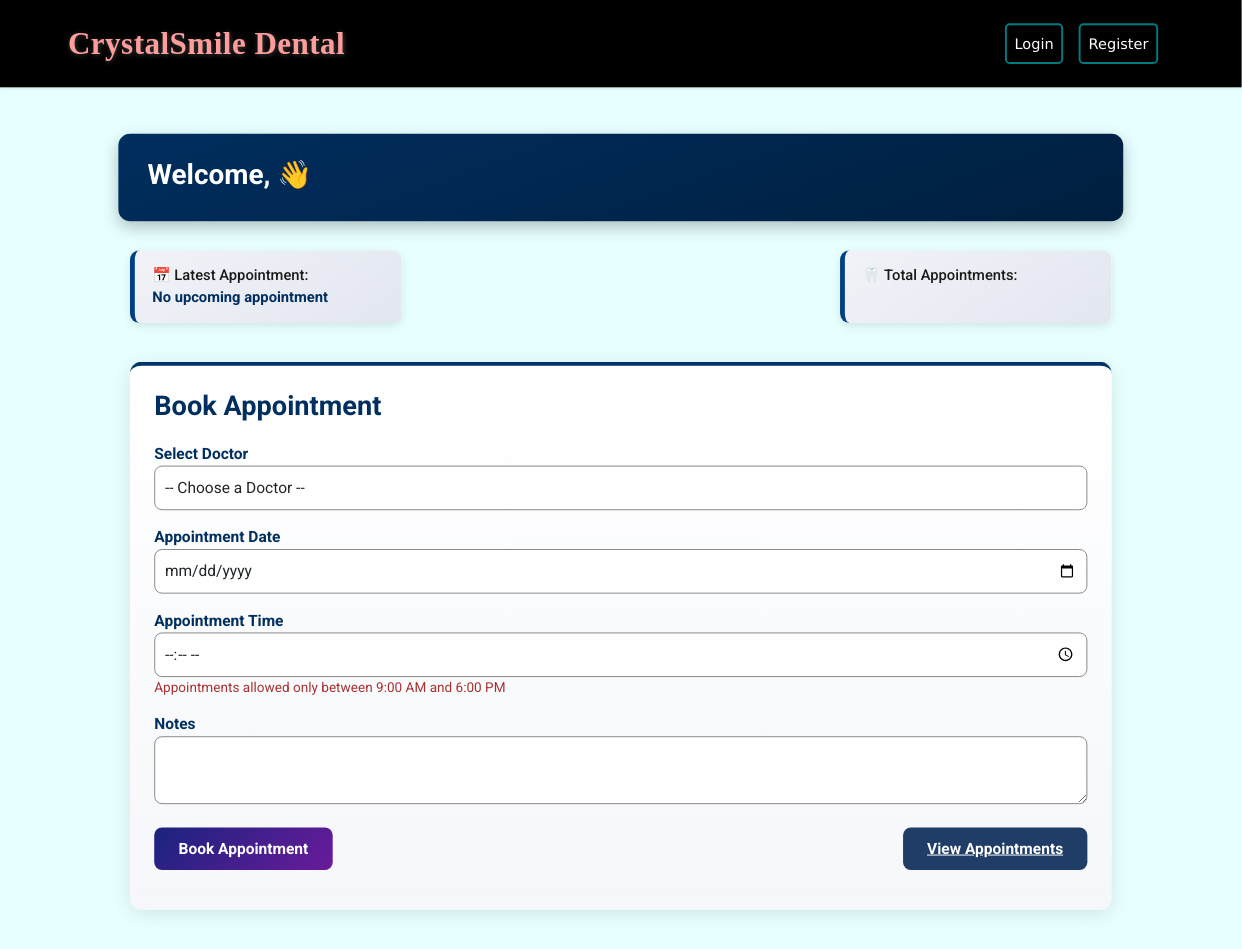
Repository: ashrayasjp/dentalclinicms
Page: dental_clinic_fyp/appointments/templates/appointments/dashboard_patient.html
These files come from the project's save history. The page is drawn as it stood at one moment and after the next save; the edit follows.
The browser window is 1280 px wide. The pictures show the whole page, at 97% of full size.
Some web fonts or font styles are not loaded; a fallback is used. The template is drawn by Django 5.2. The application's start-up code is not run. Other server files are loaded and not shown. The template is opened directly, without the code that normally fills it, so the values that code supplies are empty.

Above is the page before, as saved 2025-11-04 17:24:56.

### dental_clinic_fyp/appointments/templates/appointments/dashboard_patient.html
{% extends "users/base.html" %}
{% load static %}
{% block title %}Patient Dashboard{% endblock %}

{% block content %}
<style>
/* Dashboard layout */
.dashboard-container { display: flex; gap: 25px; margin: 40px; flex-wrap: wrap; }
.dashboard-header {
  margin: 30px 40px;
  background: linear-gradient(160deg, #002e5e 0%, #001f3f 100%);
  color: white;
  padding: 25px 30px;
  border-radius: 12px;
  text-shadow: #3B054D;
  box-shadow: 0 6px 16px rgba(0,0,0,0.25);
}
.dashboard-header h2 { margin: 0; font-weight: 700; font-size: 1.8rem; }
.dashboard-header p { margin: 5px 0 0; font-size: 1rem; opacity: 0.85; }

/* Quick Stats */
.quick-stats { display: flex; justify-content: space-between; gap: 20px; margin: 15px 40px; flex-wrap: wrap; }
.quick-card { flex: 1; min-width: 220px; max-width: 280px; border-left: 5px solid #004080; padding: 15px 18px; border-radius: 10px; background: linear-gradient(145deg, #f1f3f8, #e2e6ef); box-shadow: 0 3px 10px rgba(0,0,0,0.1); font-size: 0.95rem; font-weight: 500; color: #1a1a1a; transition: all 0.25s ease; }
.quick-card strong { color: #002f5f; font-weight: 600; }

/* Main Dashboard Cards */
.dashboard-card { flex: 1; min-width: 340px; background: linear-gradient(180deg, #ffffff 0%, #f5f7fa 100%); padding: 25px; border-radius: 12px; box-shadow: 0 4px 20px rgba(0,0,0,0.1); border-top: 4px solid #003366; }
.form-control { border-radius: 8px; border: 1px solid #888; padding: 10px; }
.form-control:focus { border-color: #0056b3; box-shadow: 0 0 6px rgba(0,86,179,0.25); }
.btn-blue { background: linear-gradient(135deg, #1a237e, #6a1b9a); color: white; border: none; padding: 10px 25px; border-radius: 8px; font-weight: 600; cursor: pointer; }
.btn-blue:hover { background: linear-gradient(135deg, #0d145f, #4b0f6b); }

/* Doctor details tab */
#doctor-details { display: none; border:1px solid #ccc; border-radius:12px; padding:15px; margin-top:20px; }
#doctor-details img { width:100px; height:100px; border-radius:50%; object-fit:cover; margin-bottom:10px; }
</style>

<div class="dashboard-header">
  <h2>Welcome, {{ request.user.username }} 👋</h2>
  <p>{{ now|date:"l, F j, Y" }}</p>
</div>
<div class="container mt-4">

  {% if messages %}
  {% for message in messages %}
    <div class="alert
      {% if message.tags %}alert-{{ message.tags }}{% else %}alert-info{% endif %}
      alert-dismissible fade show" role="alert">
      {{ message }}
      <button type="button" class="btn-close" data-bs-dismiss="alert" aria-label="Close"></button>
    </div>
    {% endfor %}
    {% endif %}
<div class="quick-stats">
  <div class="quick-card">
    📅 Latest Appointment:<br>
    {% if next_appointment %}
      <strong>{{ next_appointment.date|date:"l, F j, Y" }}</strong><br>
      <strong>{{ next_appointment.doctor.user.username }}</strong>
      {% if next_appointment.status|lower in "canceled cancelled" %}
        <span style="color:#a83232;font-weight:600;">(Cancelled)</span>
      {% endif %}
    {% else %}
      <strong>No upcoming appointment</strong>
    {% endif %}
  </div>

  <div class="quick-card">
    🦷 Total Appointments: <strong>{{ total_appointments }}</strong>
  </div>
</div>

<div class="dashboard-container">
  <div class="dashboard-card">
    {% if messages %}
      {% for message in messages %}
        <div class="alert {{ message.tags }}">{{ message }}</div>
      {% endfor %}
    {% endif %}

    <h3 style="color:#002f5f;font-weight:700;margin-bottom:20px;">Book Appointment</h3>

    <form method="post" action="{% url 'appointments:create_appointment' %}">
      {% csrf_token %}

      <!-- Doctor Dropdown -->
      <div class="mb-3">
        <label style="font-weight:600;color:#002f5f;">Select Doctor</label>
        <select class="form-control" id="doctor-select" required>
          <option value="">-- Choose a Doctor --</option>
          {% for doctor in doctors %}
            <option value="{{ doctor.id }}">{{ doctor.full_name }}</option>
          {% endfor %}
        </select>
        <input type="hidden" name="doctor" id="selected-doctor">
      </div>

      <!-- Doctor Details -->
      <div id="doctor-details">
        <img id="doc-profile" src="" alt="Profile Picture">
        <h4 id="doc-name"></h4>
        <p><strong>Degree:</strong> <span id="doc-degree"></span></p>
        <p><strong>Specialization:</strong> <span id="doc-specialization"></span></p>
        <p><strong>Experience:</strong> <span id="doc-experience"></span> years</p>
        <p><strong>Bio:</strong> <span id="doc-bio"></span></p>
      </div>

      <!-- Appointment Date & Time -->
      <div class="mb-3">
        <label style="font-weight:600;color:#002f5f;">Appointment Date</label>
        <input type="date" name="date" class="form-control" required id="appointment-date">
      </div>
      <div class="mb-3">
        <label style="font-weight:600;color:#002f5f;">Appointment Time</label>
        <input type="time" name="time" class="form-control" required min="09:00" max="18:00" id="appointment-time">
        <small style="color:#a83232;">Appointments allowed only between 9:00 AM and 6:00 PM</small>
      </div>

      <div class="mb-3">
        <label style="font-weight:600;color:#002f5f;">Notes</label>
        <textarea name="notes" class="form-control" rows="2"></textarea>
      </div>

      <div class="d-flex justify-content-between mt-4">
        <button type="submit" class="btn-blue">Book Appointment</button>
        <a href="{% url 'appointments:appointment_list' %}" class="btn-blue" style="background:#1f3d66;">View Appointments</a>
      </div>
    </form>
  </div>
</div>

<script>
  const doctorsData = {
    {% for doctor in doctors %}
      {{ doctor.id }}: {
        full_name: "{{ doctor.full_name|escapejs }}",
        degree: "{{ doctor.degree|default:'N/A'|escapejs }}",
        specialization: "{{ doctor.specialization|default:'N/A'|escapejs }}",
        experience_years: "{{ doctor.experience_years|default:'0' }}",
        bio: "{{ doctor.bio|default:'N/A'|escapejs }}",
        profile_picture: "{{ doctor.profile_picture|default:'/static/images/default_profile.png' }}"
      }{% if not forloop.last %},{% endif %}
    {% endfor %}
  };

  const select = document.getElementById('doctor-select');
  select.addEventListener('change', function() {
    const docId = this.value;
    const detailsTab = document.getElementById('doctor-details');

    if (!docId) {
      detailsTab.style.display = 'none';
      document.getElementById('selected-doctor').value = '';
      return;
    }

    const doc = doctorsData[docId];
    document.getElementById('selected-doctor').value = docId;
    document.getElementById('doc-name').textContent = doc.full_name;
    document.getElementById('doc-degree').textContent = doc.degree;
    document.getElementById('doc-specialization').textContent = doc.specialization;
    document.getElementById('doc-experience').textContent = doc.experience_years;
    document.getElementById('doc-bio').textContent = doc.bio;
    document.getElementById('doc-profile').src = doc.profile_picture;

    detailsTab.style.display = 'block';
  });

  // Date restriction
  const dateInput = document.getElementById('appointment-date');
  const today = new Date();
  dateInput.min = today.toISOString().split('T')[0];

  // Time restriction
  const timeInput = document.getElementById('appointment-time');
  const minTime = 9;
  const maxTime = 18;
  function clampTime() {
      if (!timeInput.value) return;
      let [hours, minutes] = timeInput.value.split(':').map(Number);
      if (hours < minTime) hours = minTime;
      if (hours > maxTime) hours = maxTime;
      timeInput.value = `${String(hours).padStart(2,'0')}:${String(minutes).padStart(2,'0')}`;
  }
  timeInput.addEventListener('input', clampTime);
  timeInput.addEventListener('blur', clampTime);
</script>

{% endblock %}

### dental_clinic_fyp/users/templates/users/base.html
{% load static %}


{% csrf_token %}

<!DOCTYPE html>
<html lang="en">
<head>
    <meta charset="UTF-8">
    <title>{% block title %}Dental Clinic{% endblock %}</title>

    <!-- Google Fonts -->
    <link href="https://fonts.googleapis.com/css2?family=Dancing+Script:wght@600;700&family=Roboto:wght@400;500;700&display=swap" rel="stylesheet">
    <link href="https://fonts.googleapis.com/css2?family=Quicksand:wght@600;700&family=Nunito+Sans:wght@600;700&display=swap" rel="stylesheet">

    <!-- Bootstrap CSS -->
    <link href="https://cdn.jsdelivr.net/npm/bootstrap@5.3.3/dist/css/bootstrap.min.css" rel="stylesheet">
    <link href="https://cdn.jsdelivr.net/npm/bootstrap-icons@1.11.3/font/bootstrap-icons.css" rel="stylesheet">

    <style>
        body {
            font-family: 'Roboto', sans-serif;
            background-color: #e7ffff;

        }
        .navbar {
            background-color: black!important;
            border-color: #00a2e2;
            padding-top: 1rem;
            padding-bottom: 1rem;
        }
        .navbar .navbar-brand{
            font-family: 'Dancing Script', cursive;
            font-size: 2rem;
            font-weight: 700;
            color: #FF9C9C !important;
            text-shadow: 1px 1px 6px rgba(255, 255, 255, 0.25);
            letter-spacing: 0.5px;
            text-decoration: none;
            margin-left: 0; /* move brand to the extreme left */
            position: relative;
        }
        .navbar .nav-link, .navbar span {
            color: white !important;
            font-size: 20px;
        }
        .navbar {
            list-style-type: none;
        }
        .navbar .btn-outline-primary, .navbar .btn-primary {
            color: rgb(255,255,255);
            background-color: rgb(0,0,0);
            border: 2px solid #007B7F;
            padding: 8px ;
            font-size: 15px;
            border-radius: 5px;
            transition: all 0.3s ease;
            font-family: verdana;
        }
        .navbar .btn-outline-primary:hover, .navbar .btn-primary:hover {
            background-color: white;
            color: black;
            border: 2px solid black;
        }
        .btn-outline-danger {
            border-color: #dc3545;
            color: #dc3545;
            border-style: dashed;
            font-size: 15px;
            border-radius: 5px;
            font-family: verdana;
        }
        .btn-outline-danger:hover {
            background-color: white;
            color:black;
            border-color: #dc3545;
            color: black;
            border-style: solid;
        }

        /* Notification dropdown */
        #doctor-noti-dropdown {
            width: 260px;
            position: absolute;
            right: 50px;
            top: 60px;
            background: white;
            border-radius: 12px;
            box-shadow: 0 4px 14px rgba(0,0,0,0.2);
            display: none;
            z-index: 1000;
        }
        .noti-item { cursor: default; }
        .noti-item:hover { background-color: #f1f1f1; }

        /* Align brand and nav items */
        .navbar .container {
            display: flex;
            justify-content: space-between;
            align-items: center;
            padding-left: 0;  /* remove left padding */
            padding-right: 1rem; /* keep some right padding for buttons */
        }

        .d-flex.align-items-center {
            gap: 0.5rem;
            align-items: center; /* ensures logout and dashboard align */
        }

        .logout-form {
            margin: 0; /* remove extra top margin */
        }

    </style>
</head>
<body>
    <nav class="navbar navbar-expand-lg shadow-sm">
        <div class="container">
            <a class="navbar-brand fw-bold" href="/"> CrystalSmile Dental </a>
            <div class="d-flex align-items-center">
                {% if user.is_authenticated %}
                    <span class="me-3">
                        {{ user.get_full_name|default:user.username }}
                        {% if user.role == 'admin' %}(Admin)
                        {% elif user.role == 'doctor' %}(Doctor)
                        {% else %}(Patient){% endif %}
                    </span>

                    {% if user.role == 'admin' %}
                    <!-- Admin Icons -->
                    <li class="nav-item me-3" >
                        <a href="{% url 'notifications_page' %}" class="fs-5 text-white text-decoration-none" title="Notifications">
                            <i class="bi bi-bell-fill"></i>
                        </a>
                    </li>
                    <li class="nav-item me-3">
                        <a href="{% url 'users_page' %}" class="fs-5 text-white text-decoration-none" title="Manage Users">
                            <i class="bi bi-people-fill"></i>
                        </a>
                    </li>
                {% endif %}

                {% if user.role == 'doctor' %}
                    <!-- Doctor Notification -->
                    <li class="nav-item position-relative me-3">
                        <a href="#" id="doctor-noti" class="fs-5 text-white text-decoration-none" title="New Appointments">
                            <i class="bi bi-bell-fill"></i>
                            {% if new_appointments_count > 0 %}
                            <span id="doctor-noti-badge" class="position-absolute top-0 start-100 translate-middle badge rounded-pill bg-danger" style="font-size:0.65rem;">
                                {{ new_appointments_count }}
                            </span>
                            {% endif %}
                        </a>
                        <div id="doctor-noti-dropdown" class="card shadow-sm">
                            <div class="card-body p-2">
                                {% if new_appointments %}
                                    {% for appt in new_appointments %}
                                    <div class="noti-item p-2 border-bottom">
                                        <strong>{{ appt.patient.user.get_full_name }}</strong><br>
                                        <small>{{ appt.date|date:"M d, Y, g:i A" }}</small>
                                    </div>
                                    {% endfor %}
                                {% else %}
                                    <p class="text-center text-muted mb-0">No new appointments</p>
                                {% endif %}
                            </div>
                        </div>
                    </li>
                {% endif %}

                    <form method="post" action="{% url 'logout' %}" class="d-inline logout-form">
                        {% csrf_token %}
                        <button type="submit" class="btn btn-outline-danger btn-sm">Logout</button>
                    </form>

                    {% if user.role == 'admin' %}
                        <a href="{% url 'dashboard_admin' %}" class="btn btn-outline-primary btn-sm ms-2">Dashboard</a>
                    {% elif user.role == 'doctor' %}
                        <a href="{% url 'dashboard_doctor' %}" class="btn btn-outline-primary btn-sm ms-2">Dashboard</a>
                    {% else %}
                        <a href="{% url 'appointments:create_appointment' %}" class="btn btn-primary ms-2">Dashboard</a>
                    {% endif %}
                {% else %}
                    <a href="{% url 'login' %}" class="btn btn-outline-primary btn-sm">Login</a>
                    <a href="{% url 'register' %}" class="btn btn-primary btn-sm ms-2">Register</a>
                {% endif %}
            </div>
        </div>
    </nav>

    <div class="container mt-5">
        {% block content %}{% endblock %}
    </div>

    <script src="https://cdn.jsdelivr.net/npm/bootstrap@5.3.3/dist/js/bootstrap.bundle.min.js"></script>

    <script>
    // Doctor notification hover logic
    const notiBell = document.getElementById('doctor-noti');
    const notiDropdown = document.getElementById('doctor-noti-dropdown');
    const notiBadge = document.getElementById('doctor-noti-badge');

    if(notiBell) {
        notiBell.addEventListener('mouseenter', () => {
            notiDropdown.style.display = 'block';
            if(notiBadge) notiBadge.style.display = 'none';
        });
        notiBell.addEventListener('mouseleave', () => { notiDropdown.style.display = 'none'; });
        notiDropdown.addEventListener('mouseenter', () => { notiDropdown.style.display = 'block'; });
        notiDropdown.addEventListener('mouseleave', () => { notiDropdown.style.display = 'none'; });
    }
    </script>
    {% if request.user.is_authenticated and request.user.role == "patient" %}
    {% include "users/patient_messages_widget.html" %}
    {% endif %}
</body>
</html>

After the next save:
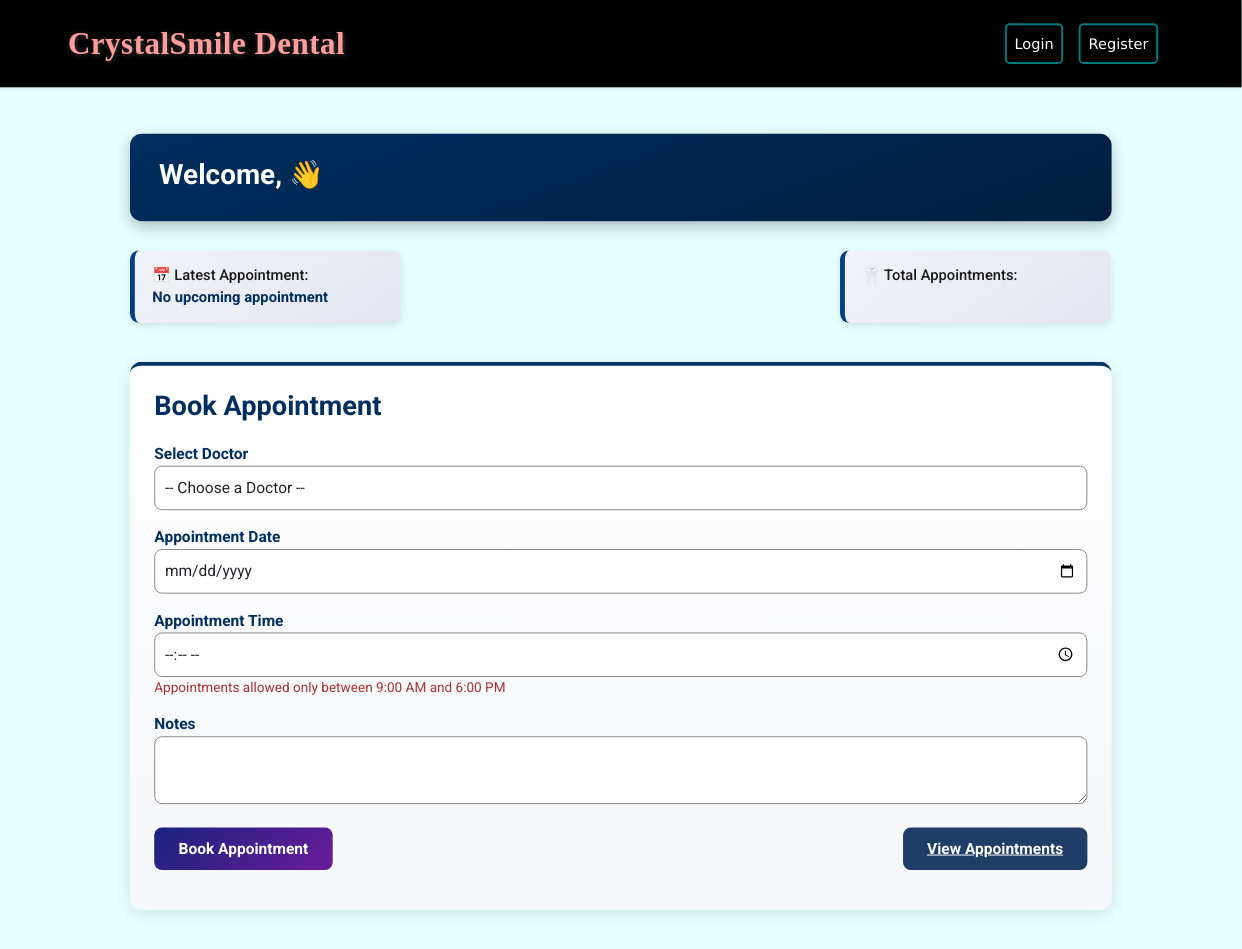
Saved 11 s later.
--- a/dental_clinic_fyp/appointments/templates/appointments/dashboard_patient.html
+++ b/dental_clinic_fyp/appointments/templates/appointments/dashboard_patient.html
@@ -34,11 +34,6 @@
 #doctor-details { display: none; border:1px solid #ccc; border-radius:12px; padding:15px; margin-top:20px; }
 #doctor-details img { width:100px; height:100px; border-radius:50%; object-fit:cover; margin-bottom:10px; }
 </style>
-
-<div class="dashboard-header">
-  <h2>Welcome, {{ request.user.username }} 👋</h2>
-  <p>{{ now|date:"l, F j, Y" }}</p>
-</div>
 <div class="container mt-4">
 
   {% if messages %}
@@ -51,6 +46,11 @@
     </div>
     {% endfor %}
     {% endif %}
+<div class="dashboard-header">
+  <h2>Welcome, {{ request.user.username }} 👋</h2>
+  <p>{{ now|date:"l, F j, Y" }}</p>
+</div>
+
 <div class="quick-stats">
   <div class="quick-card">
     📅 Latest Appointment:<br>
